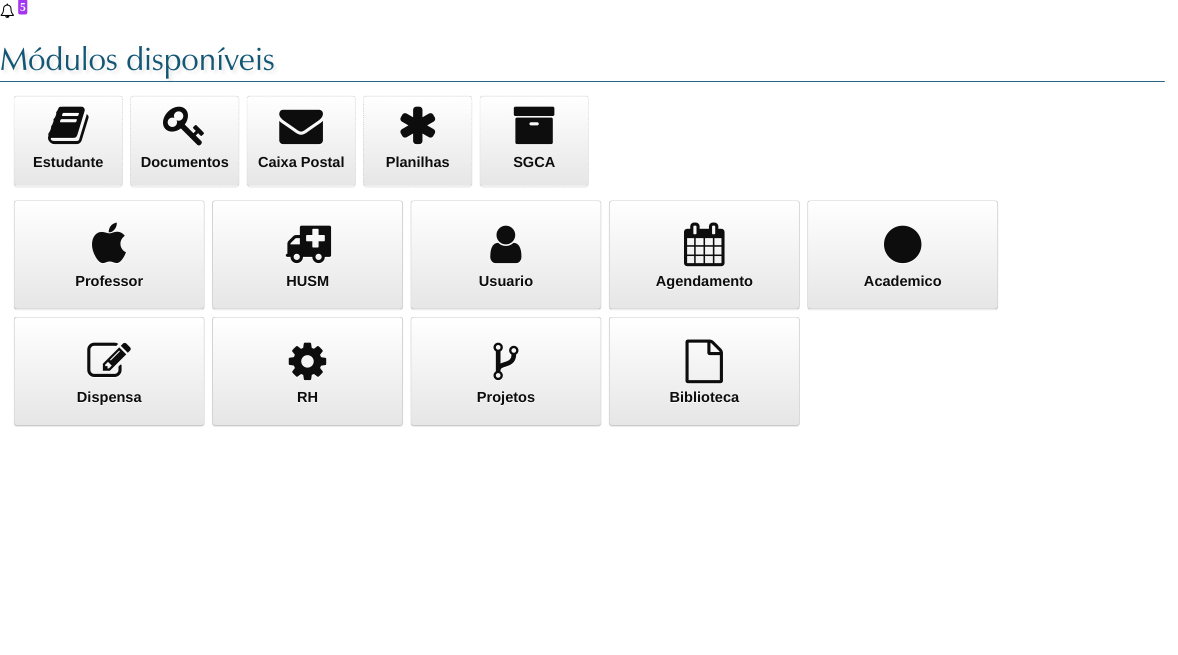
Repository: evertonagilar/study
Page: css/css-notificacao-dialog/index.html
These files come from the project's save history. The page is drawn as it stood at one moment and after a run of saves; the edit follows.
The browser window is 1280 px wide. The page is 1295 px wide, so the pictures cover 1295 px, including what lies to the right of the window. The pictures show the whole page, at 91% of full size.
The pointer rests on the first visible `.dashboard-notificacoes-button`.

Above is the page before, as saved 2023-09-11 22:27:02.

After the next 3 saves:
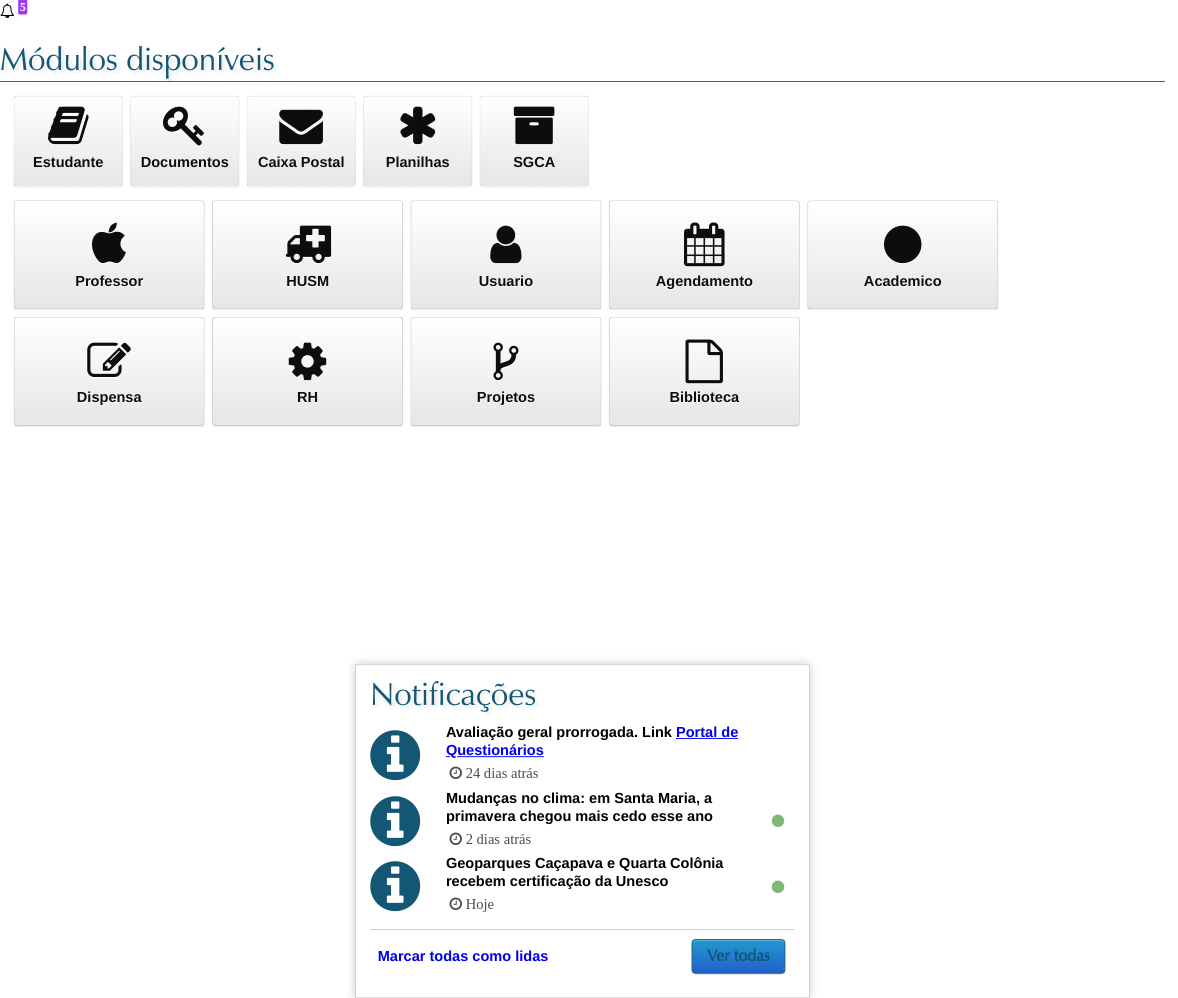
The 3 saves are shown as one change because they came seconds apart.
The last was saved 35 s later.
--- a/css/css-notificacao-dialog/css/style.css
+++ b/css/css-notificacao-dialog/css/style.css
@@ -131,6 +131,12 @@
 }
 
 
+.dashboard-notificacoes-button:hover + .dashboard-notificacoes {
+    display: block; /* Mostrar o popup quando o botão é hover */
+    top: calc(100% + 10px); /* Posicionar abaixo do botão com uma margem de 10px */
+    left: 0; /* Alinhar com o lado esquerdo do botão */
+}
+
 .dashboard-notificacoes {
     position: absolute;
     transition: all .2s ease;

After the 2 saves that followed:
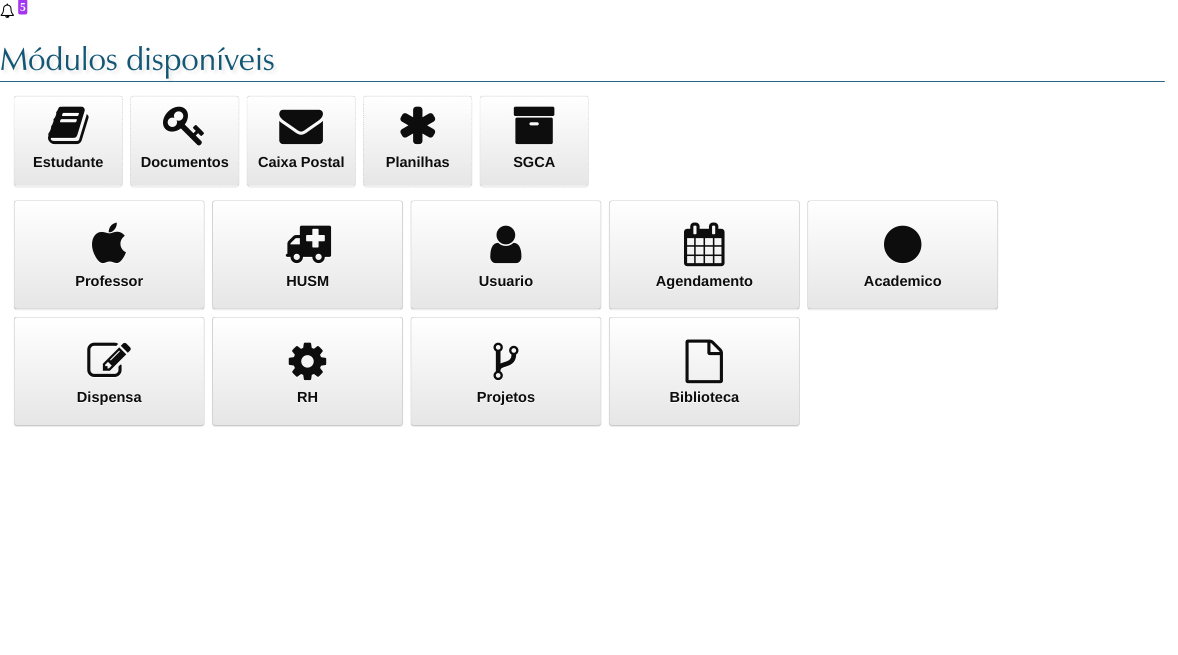
The 2 saves are shown as one change because 1 left the picture as it was.
The last was saved 107 s later.
--- a/css/css-notificacao-dialog/index.html
+++ b/css/css-notificacao-dialog/index.html
@@ -184,10 +184,10 @@
 
 
         /* Notifications */
-        document.querySelector('.dashboard-notificacoes-button').addEventListener("click", (event) => {
-            const dialog = document.querySelector('.dashboard-notificacoes');
-            dialog.showModal();
-        });
+        // document.querySelector('.dashboard-notificacoes-button').addEventListener("click", (event) => {
+        //     const dialog = document.querySelector('.dashboard-notificacoes');
+        //     dialog.showModal();
+        // });
 
         document.querySelector('.dashboard-notificacoes-button').addEventListener("mouseenter", (event) => {
             const dialog = document.querySelector('.dashboard-notificacoes');
--- a/css/css-notificacao-dialog/css/style.css
+++ b/css/css-notificacao-dialog/css/style.css
@@ -131,12 +131,6 @@
 }
 
 
-.dashboard-notificacoes-button:hover + .dashboard-notificacoes {
-    display: block; /* Mostrar o popup quando o botão é hover */
-    top: calc(100% + 10px); /* Posicionar abaixo do botão com uma margem de 10px */
-    left: 0; /* Alinhar com o lado esquerdo do botão */
-}
-
 .dashboard-notificacoes {
     position: absolute;
     transition: all .2s ease;
